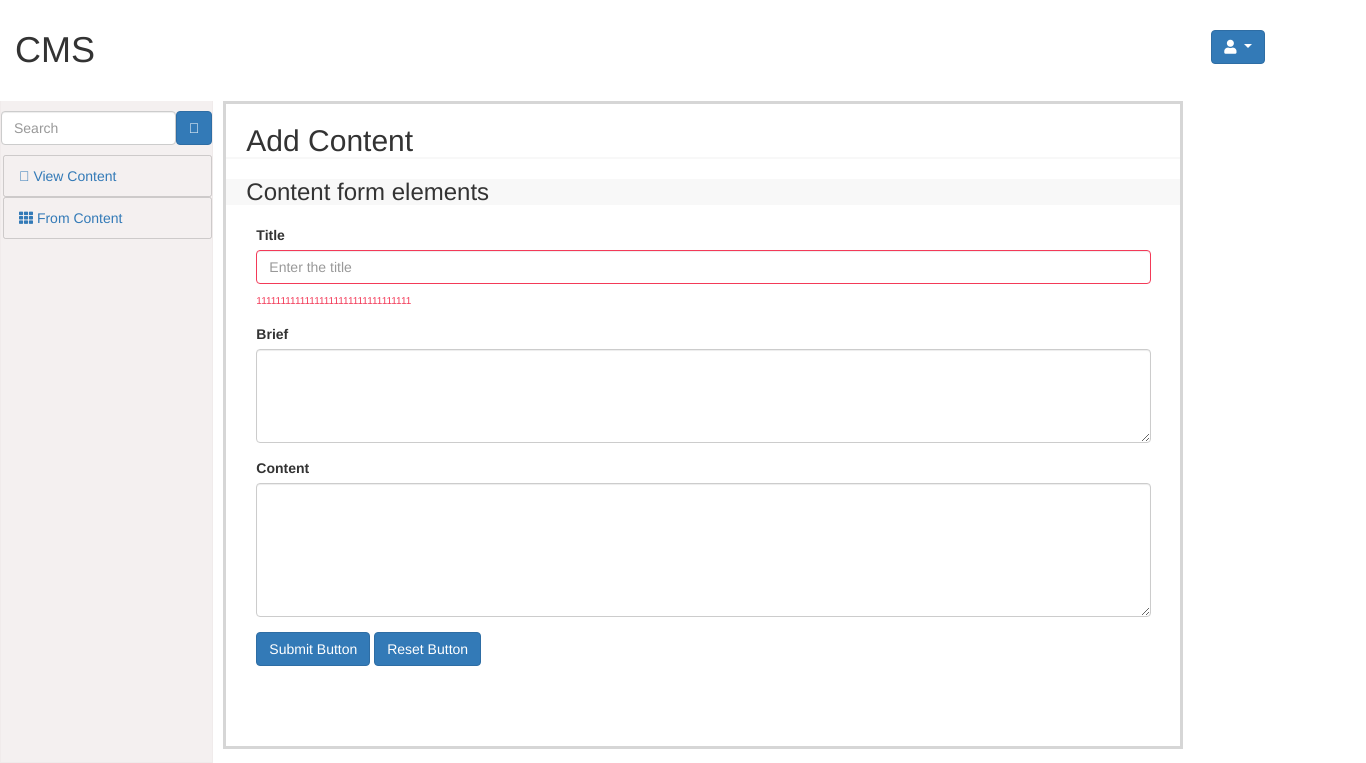
Repository: NgocNB20/travel
Page: NgocNb20_assigment8_9/add.html
These files come from the project's save history. The page is drawn as it stood at one moment and after the next save; the edit follows.
The browser window is 1280 px wide. The page is 1366 px wide, so the pictures cover 1366 px, including what lies to the right of the window. The pictures show the whole page.
Some web libraries are served in a nearby version.

Above is the page before, as saved 2021-10-06 15:39:27.

### NgocNb20_assigment8_9/add.html
<!DOCTYPE html>
<html>

<head>
  <meta name="viewport" content="width=device-width, initial-scale=1.0">
  <link rel="stylesheet" href="https://maxcdn.bootstrapcdn.com/bootstrap/4.0.0/css/bootstrap.min.css"
    integrity="sha384-Gn5384xqQ1aoWXA+058RXPxPg6fy4IWvTNh0E263XmFcJlSAwiGgFAW/dAiS6JXm" crossorigin="anonymous">
  <link rel="canonical" href="https://getbootstrap.com/docs/5.1/examples/sidebars/">
  <link rel="stylesheet" href="https://maxcdn.bootstrapcdn.com/bootstrap/3.4.1/css/bootstrap.min.css">
  <link rel="stylesheet" href="https://pro.fontawesome.com/releases/v5.10.0/css/all.css"
    integrity="sha384-AYmEC3Yw5cVb3ZcuHtOA93w35dYTsvhLPVnYs9eStHfGJvOvKxVfELGroGkvsg+p" crossorigin="anonymous" />
  <link rel="stylesheet" href="./add.css">
  <script src="https://ajax.googleapis.com/ajax/libs/jquery/3.4.1/jquery.min.js"></script>
  <script src="https://maxcdn.bootstrapcdn.com/bootstrap/3.4.1/js/bootstrap.min.js"></script>
</head>

<body>
  <div class="content">
    <div class="container-fluid">
      <div class="row menu-header">
        <div class="col-6">
          <h1 class="page-header ">CMS</h1>
        </div>
        <div class="col-6">
          <div class="btn-group">
            <button class="btn btn-primary dropdown-toggle" type="button" id="dropdownMenuButton"
              data-toggle="dropdown">
              <i class="fas fa-user"></i>
            </button>
            <div class="dropdown-menu">
              <a class="dropdown-item" href="/login.html"><i class="fas fa-sign-out-alt"></i>Logout</a>
              <a class="dropdown-item" href="./edit.html"><i class="fas fa-user"></i>User profile</a>
            </div>
          </div>
        </div>


      </div>

    </div>
    <div class="container-fluid">

      <div class="row">
        <div class="col-3"></div>
      </div>
      <div class="row">

        <div class="col-2 sidebar-left mb-auto flex-column">
          <div class="search">
            <input type="email" class="form-control search-query" placeholder="Search">
            <button type="submit" class="btn btn-primary btn-search"><i class="fad fa-search"></i></button>

          </div>
          <ul class="nav nav-pills flex-column mb-auto">
            <li class="nav-item">
            </li>
            <li>
              <a href="./view.html" class="nav-link link-dark">
                <i class="fal fa-pen-square"></i> View Content
              </a>
            </li>
            <li>
              <a href="./add.html" class="nav-link link-dark">
                <i class="fas fa-th"></i> From Content
              </a>
            </li>

          </ul>

        </div>
        <div class="col-9 sidebar-right">
          <h2 class="title-add">Add Content</h2>
          <h3 class="title-form">Content form elements</h3>
          <div class="container ">


            <div class="row form">
              <div class="col-10">
                <form id="form_input">
                  <div class="form-group ">
                    <label for="exampleFormControlInput1" class="form-desc">Title</label>
                    <input type="text" class="form-control invalid" id="exampleFormControlInput1"
                      placeholder="Enter the title">
                      <span class="form-message">11111111111111111111111111111111</span>
                  </div>
                  <div class="form-group">
                    <label for="exampleFormControlTextarea1" class="form-desc">Brief</label>
                    <textarea class="form-control" id="exampleFormControlTextarea1" rows="4"></textarea>
                  </div>
                  <div class="form-group">
                    <label for="exampleFormControlTextarea1" class="form-desc">Content</label>
                    <textarea class="form-control" id="exampleFormControlTextarea1" rows="6"></textarea>
                  </div>
                  <div class="form-group">
                    <input class="btn btn-primary " type="submit" value="Submit Button">
                    <input class="btn btn-primary " type="button" value="Reset Button">
                  </div>


                </form>
              </div>

            </div>

          </div>
        </div>
      </div>
    </div>
  </div>

  <script type="text/javascript" src="./edit.js"></script>
</body>

</html>

### NgocNb20_assigment8_9/add.css
.content{
    width: 100%;
    height: 100vh;

}
.page-header h1{
    color:#a69c98;
    text-align: left;
}
.header {

    background-color:#f0eaeab4;
     height: 8vh;
     align-items: center;
    border: 1px solid #f0eaeab4;

}
.sidebar-left{
    background-color:#f0eaeab4;
    border: 1px solid #f0eaeab4;
    height:92vh;
    border-top: 0px;

}
.d-flex.flex-column.flex-shrink-0.p-3.bg-light {
    width: 100%;
}
.col-2.sidebar-left {
    padding: 0;
}
.d-flex.flex-column.flex-shrink-0.bg-light {
    height: 100%;
}


.form {

    margin: 0;

    padding: 0;

}
.title-add{
    padding-left: 2rem;
    margin-top: 2rem;
    margin-bottom: 1rem;
    border-bottom: 2px solid #f8f8f8;

}
h3.title-form {
     padding-left: 2rem;
     background-color:#f8f8f8;
    margin-bottom: 0;
}

.col-9.sidebar-right {
    margin-left: 1rem;
    padding: 0;
    border: 3px solid #3333;
    height: 90vh;
}
.btn-search{
 cursor: pointer;
 margin: 0;
}
.search {

    display: flex;
    justify-content: flex-start;
    margin-top: 1rem;

}
.search-query{
    width: 70%;
}
h3.title-form {
    margin-bottom: 2rem;
}

.form-desc{
    font-weight: bold;
}
.page-header {
    padding-bottom: 0;
    margin:0;
    border-bottom:0 solid #eee;
}
.row.menu-header {
    justify-content: space-between;
    margin-top: 3rem;
    margin-bottom: 3rem;
}
.row.menu-header {
    text-align: right;
}
h1.page-header {
    text-align: left;
}

.dropdown-menu {
    position: absolute;
    top: 100%;
    left: -62px;
    z-index: 1000;
    display: none;
    float: left;
    min-width: 120px;
    padding: 5px 0;
    margin: 2px 0 0;
    font-size: 14px;
    text-align: left;
    list-style: none;
    background-color: #fff;
    background-clip: padding-box;
    border: 1px solid #ccc;
    border: 1px solid rgba(0,0,0,.15);
    border-radius: 4px;
    -webkit-box-shadow: 0 6px 12px rgb(0 0 0 / 18%);
    box-shadow: 0 6px 12px rgb(0 0 0 / 18%);
}
a.nav-link.link-dark {
    border: 1px solid #3333;
}
ul.nav.nav-pills.flex-column.mb-auto {
    margin-top: 1rem;
}
input.form-control.search-query {
    flex: 1 0 60%;
}
span.form-message {
    font-size: 1rem;
    display: inline-block;
    padding-top: 1rem;
}
.invalid {
    border-color: #f33a58;
  }
  .form-message{
      color:#f33a58;
  }

### NgocNb20_assigment8_9/edit.js
var formElement = document.querySelector("#form_input");
var inputElement=formElement.querySelectorAll("input.form-control");
console.log(formElement);
console.log(inputElement);

formElement.onsubmit = (event) => {
  event.preventDefault();
   inputElement.forEach((input)=>{
    var errorMessage = input.parentElement.querySelector('.form-message');
    errorMessage.innerText = " ";
    input.classList.remove('invalid');
    if (minLength(input.value)) {
        errorMessage.innerText = minLength(input.value);
        input.classList.add('invalid');
    }
   })
}
function minLength(value) {
    return (value.length <= 50) ? undefined : `max length 50 charator`;
}

After the next save:
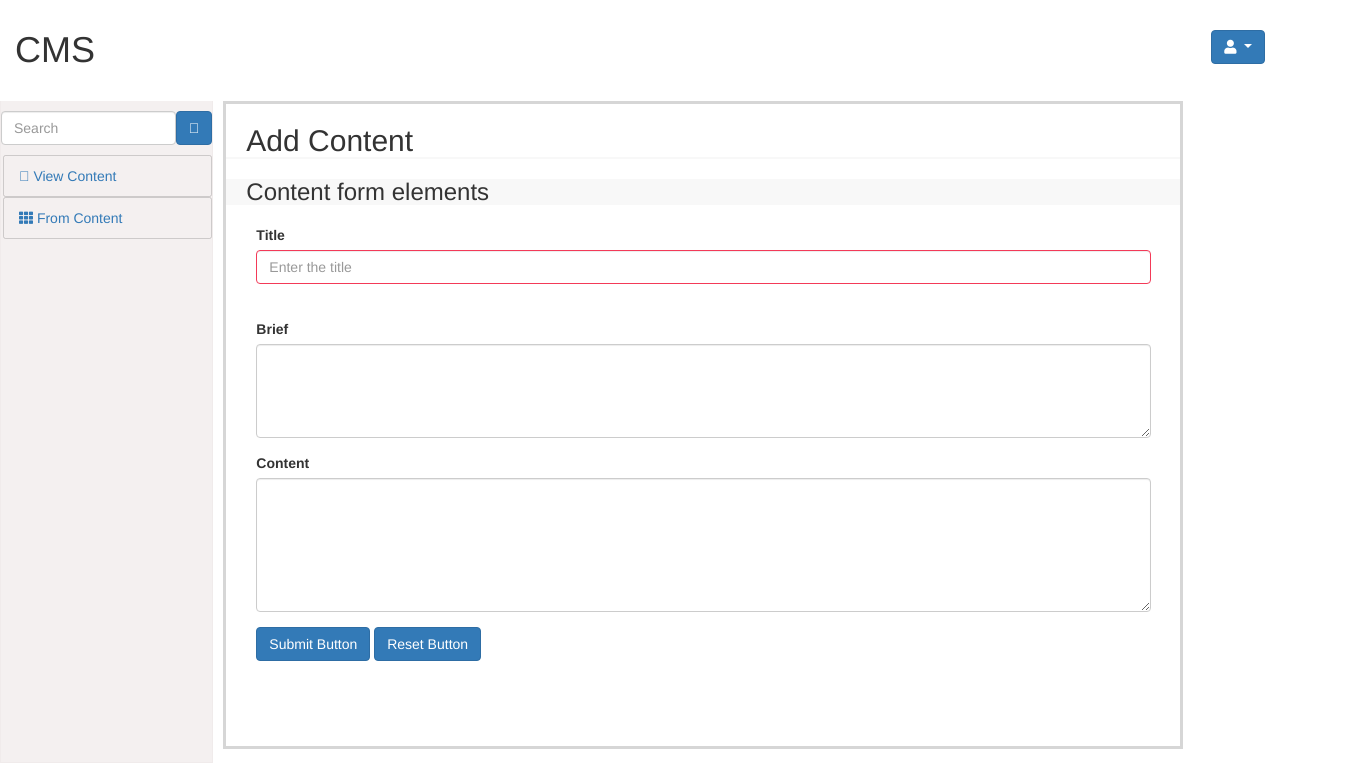
Saved 93 s later.
--- a/NgocNb20_assigment8_9/add.html
+++ b/NgocNb20_assigment8_9/add.html
@@ -81,7 +81,7 @@
                     <label for="exampleFormControlInput1" class="form-desc">Title</label>
                     <input type="text" class="form-control invalid" id="exampleFormControlInput1"
                       placeholder="Enter the title">
-                      <span class="form-message">11111111111111111111111111111111</span>
+                      <span class="form-message"></span>
                   </div>
                   <div class="form-group">
                     <label for="exampleFormControlTextarea1" class="form-desc">Brief</label>
